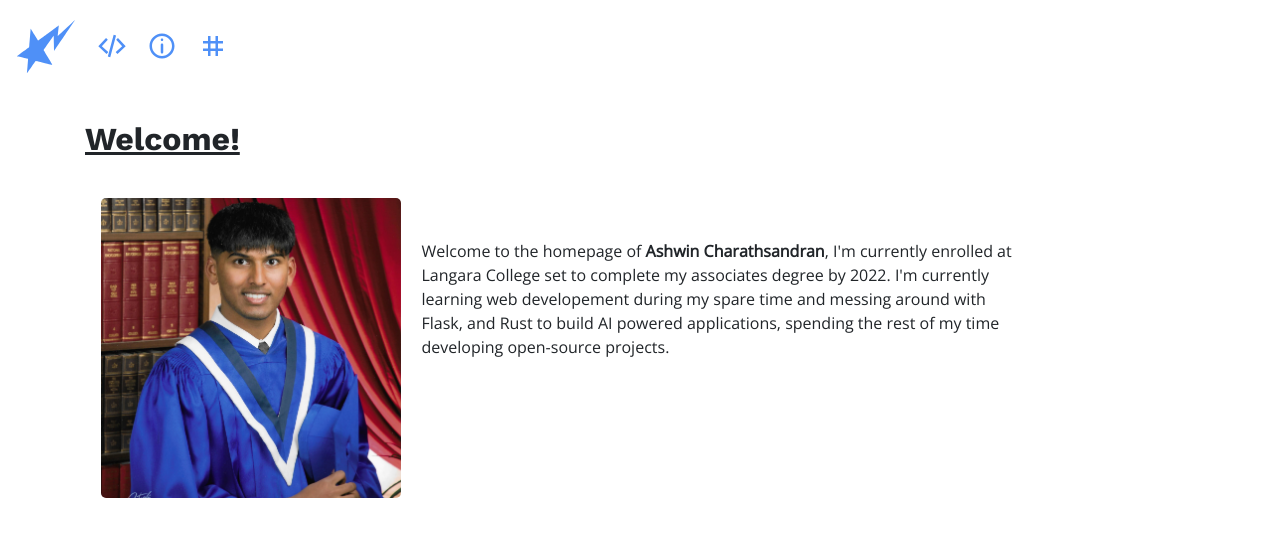
Repository: xxiz/ashwin.lol_flask
Page: http://localhost/
The author's editor kept a copy of each file at every save. The page is drawn from the files as they stood at one save, then again after a run of saves.
The browser window is 1280 px wide. The pictures show the whole page.
The page is served by the project's application, run on Flask 3 (app.py).

Above is the page before, as saved 2021-08-31 17:37:19.

After the next 2 saves:
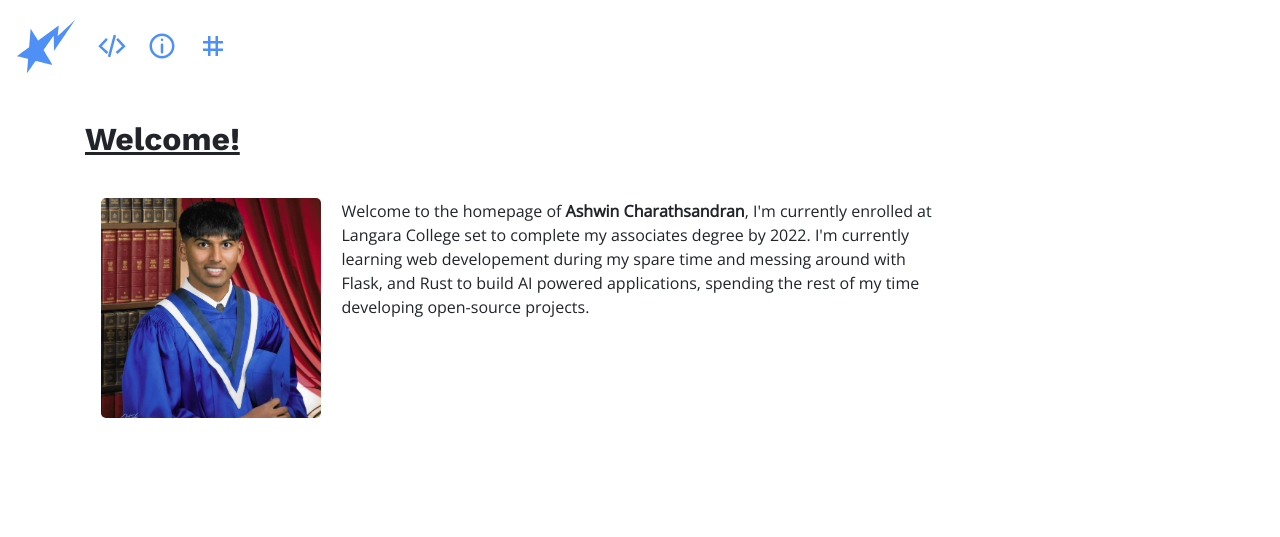
The 2 saves are shown as one change because they came seconds apart.
The last was saved 6 s later.
--- a/static/app.css
+++ b/static/app.css
@@ -26,7 +26,7 @@ p {
 
 .me {
     display: inline-flexbox;
-    max-width: 300px;
+    max-width: 220px;
     border-radius: 5px;
     margin: 1em;
 }
